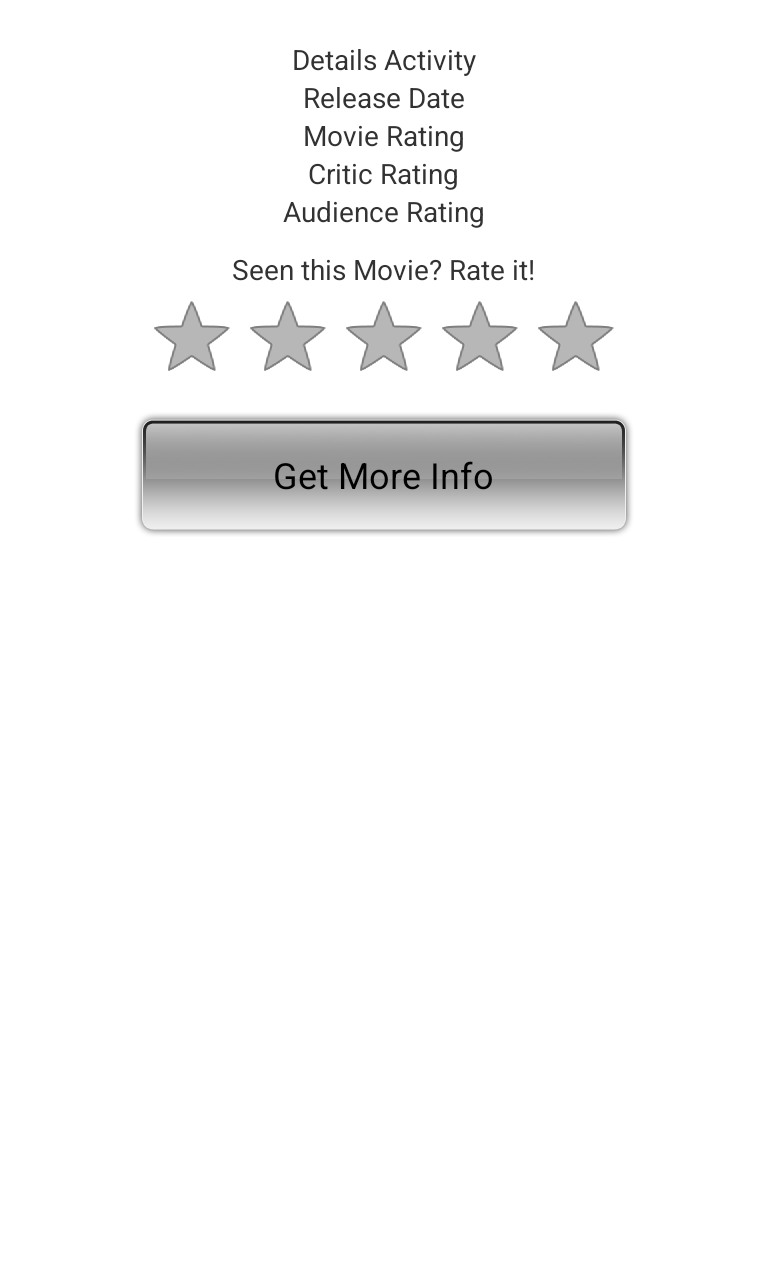
Repository: efreestone/Java2_Freestone
Layout: Java2Project2/res/layout/activity_details.xml
An editor plug-in stored every save of this project. The layout is shown before and after the next save, followed by the edit.
It is drawn on a 768 x 1280 px phone screen (xhdpi) without system bars, with theme AppTheme; the app's code is not run.

Above is the layout before, as saved 2014-05-15 21:18:01.

After the next save:
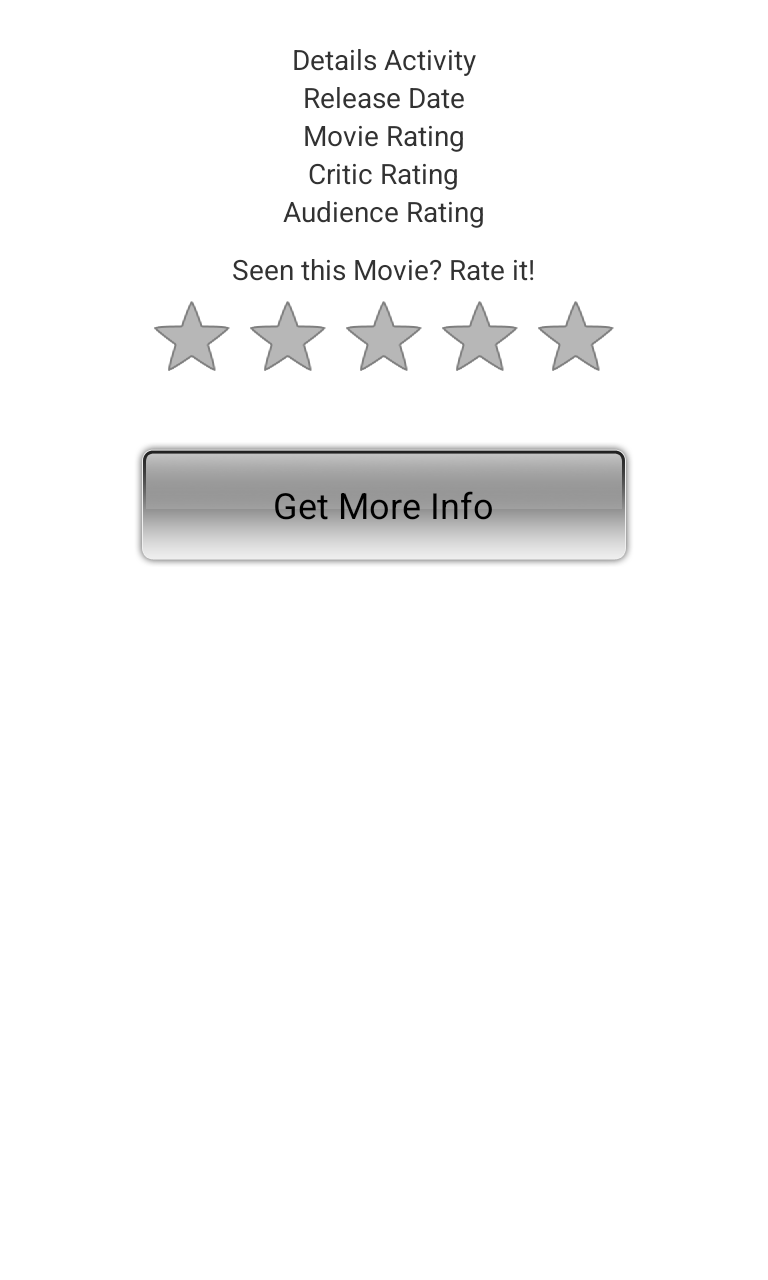
Saved 18 s later.
--- a/Java2Project2/res/layout/activity_details.xml
+++ b/Java2Project2/res/layout/activity_details.xml
@@ -46,7 +46,8 @@
     <RatingBar
         android:id="@+id/movieRatingBar"
         android:layout_width="wrap_content"
-        android:layout_height="wrap_content" />
+        android:layout_height="wrap_content"
+        android:paddingBottom="15dp" />
 
     <Button
         android:id="@+id/moreInfoButton"
